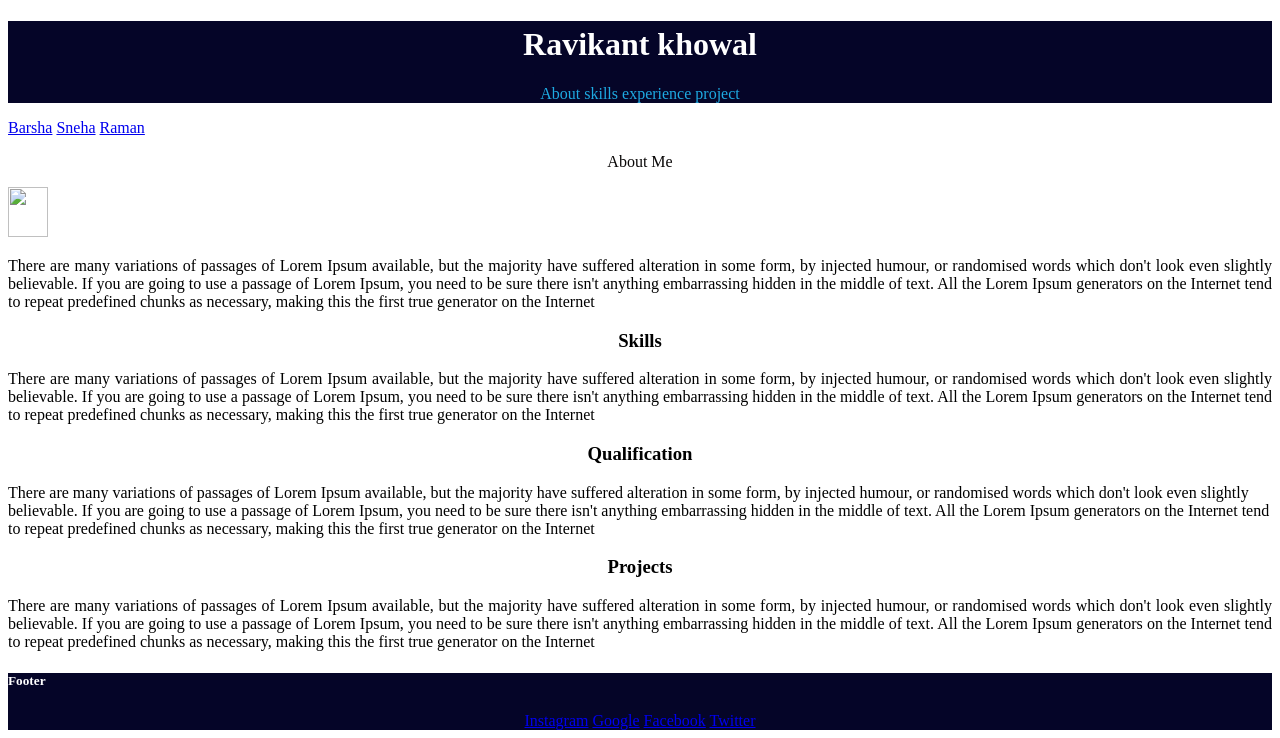
Repository: nir-github01/Html
Page: assign1.html
These files come from the project's save history. The page is drawn as it stood at one moment and after the next save; the edit follows.
The browser window is 1280 px wide. The pictures show the whole page.

Above is the page before, as saved 2022-09-19 20:15:35.

After the next save:
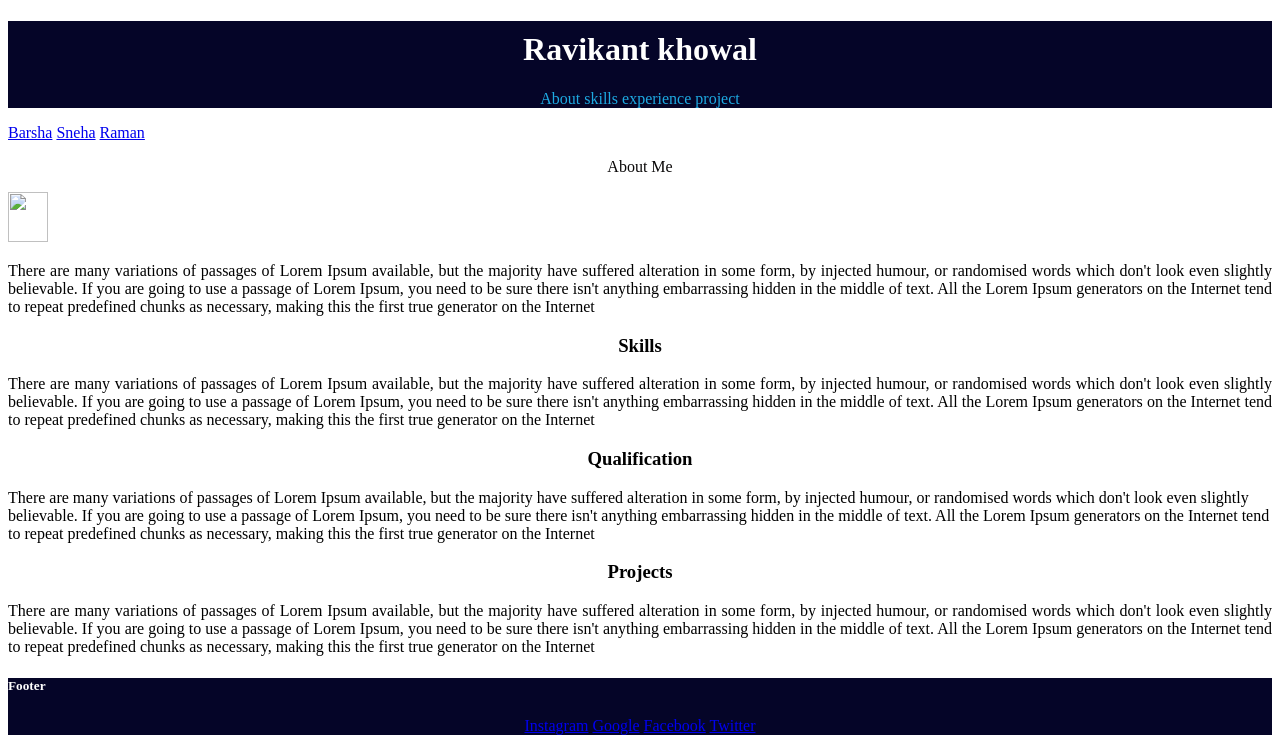
Saved 16 s later.
--- a/assign1.html
+++ b/assign1.html
@@ -47,7 +47,7 @@
 <body>
     <head>
         <div class="heading">
-            <h1 style="padding-top: 5px;">Ravikant khowal</h1>
+            <h1 style="padding-top: 10px;">Ravikant khowal</h1>
             <p style="color:rgb(30, 170, 226)">About skills experience project</p>
         </div>
 
